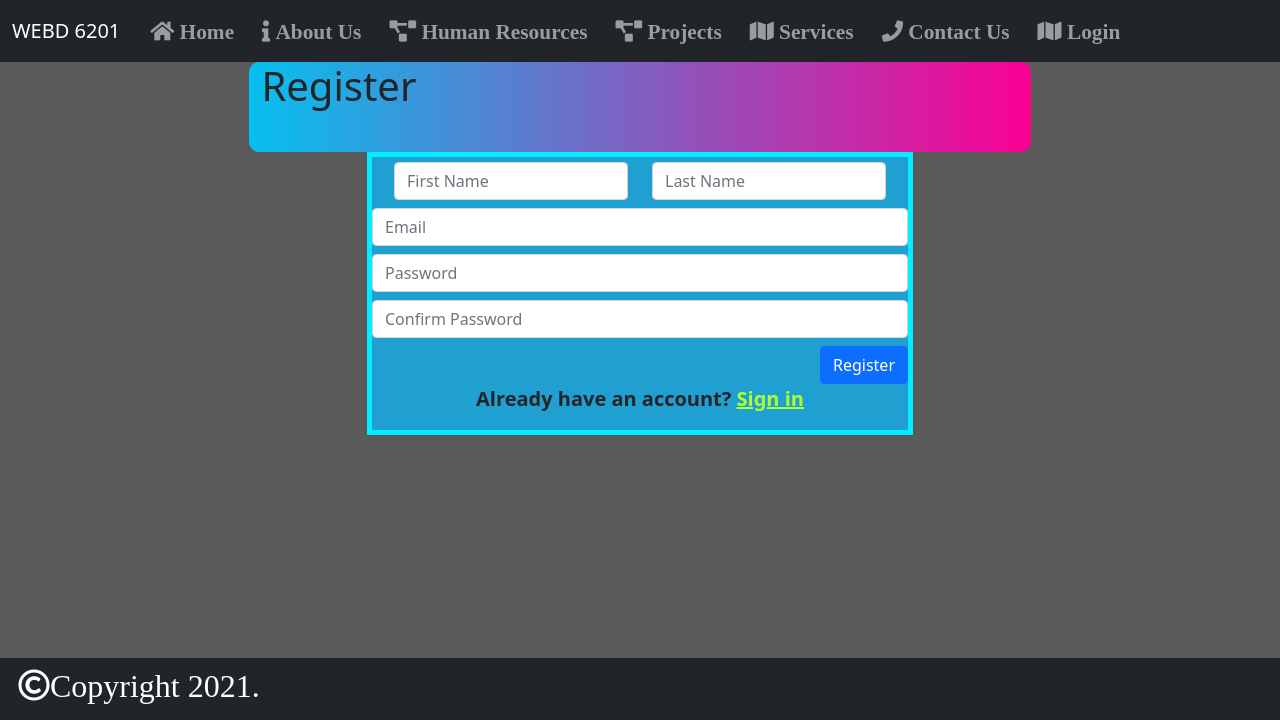
Repository: vans12345678/WEBD6201-W2021-Lab2
Page: register.html
An editor plug-in stored every save of this project. The page is shown before and after the next save, followed by the edit.
The browser window is 1280 px wide. The pictures show the whole page.

Above is the page before, as saved 2021-03-05 21:28:25.

After the next save:
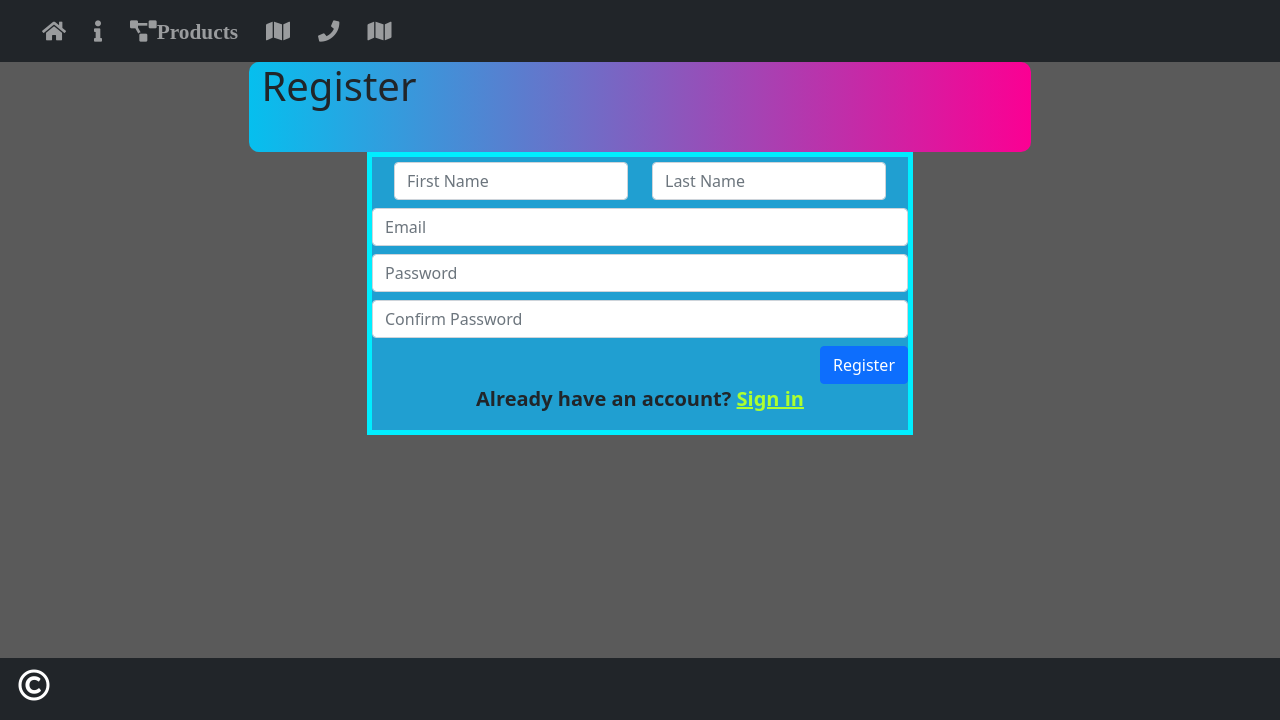
Console error (its wording comes from the project's code and is left out).
Saved 8 s later.
--- a/Scripts/app.js
+++ b/Scripts/app.js
@@ -289,7 +289,7 @@
     function validateEmail()
     {
         let messageArea = $("#messageArea").hide();
-        let emailAddressPattern = /^([a-zA-Z0-9._%-]+)@([a-zA-Z0-9.-]+\.[a-zA-Z]{2,6})*$/;
+        let emailAddressPattern = /^([a-zA-Z0-9._%-]{8,50}+)@([a-zA-Z0-9.-]+\.[a-zA-Z]{2,6})*$/;
         let test = /^([a-zA-Z0-9._%-]+@[a-zA-Z0-9.-]+\.[a-zA-Z]{2,6})*$/;
 
         $("#emailAddress").on("blur", function()

After the save that followed:
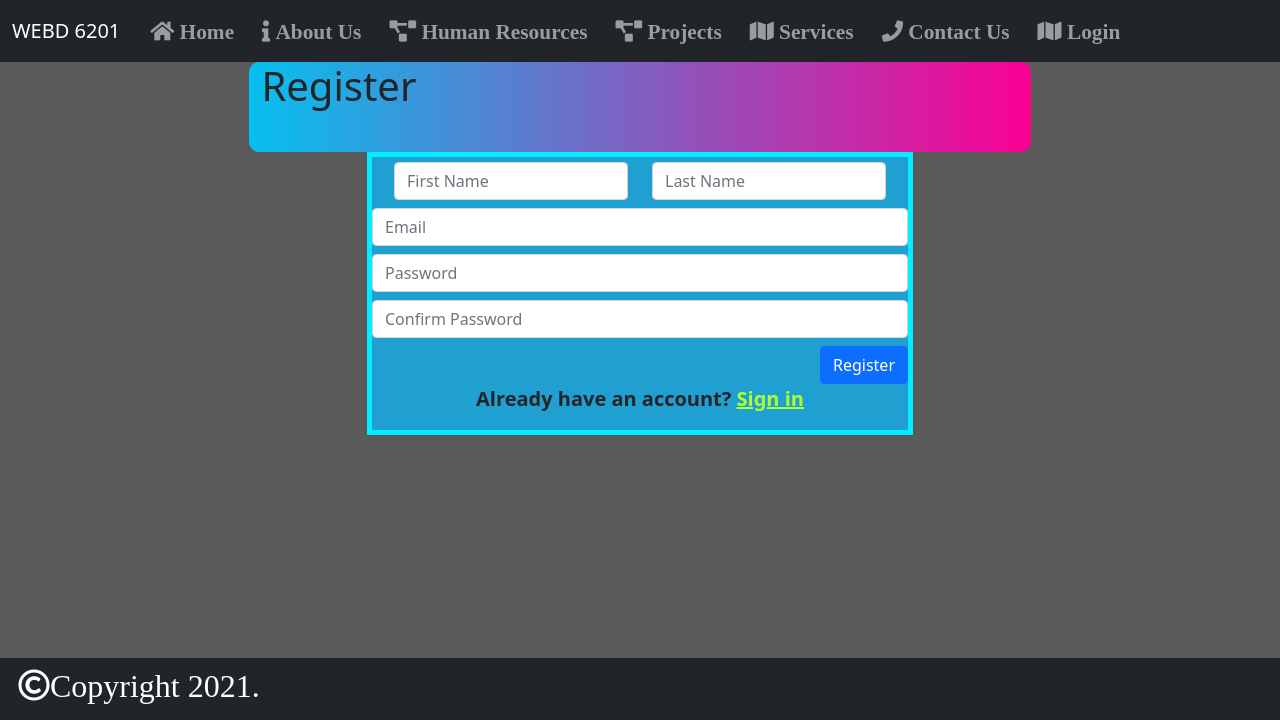
The error is gone.
Saved 5 s later.
--- a/Scripts/app.js
+++ b/Scripts/app.js
@@ -289,7 +289,7 @@
     function validateEmail()
     {
         let messageArea = $("#messageArea").hide();
-        let emailAddressPattern = /^([a-zA-Z0-9._%-]{8,50}+)@([a-zA-Z0-9.-]+\.[a-zA-Z]{2,6})*$/;
+        let emailAddressPattern = /^([a-zA-Z0-9._%-]{8,50})@([a-zA-Z0-9.-]+\.[a-zA-Z]{2,6})*$/;
         let test = /^([a-zA-Z0-9._%-]+@[a-zA-Z0-9.-]+\.[a-zA-Z]{2,6})*$/;
 
         $("#emailAddress").on("blur", function()
